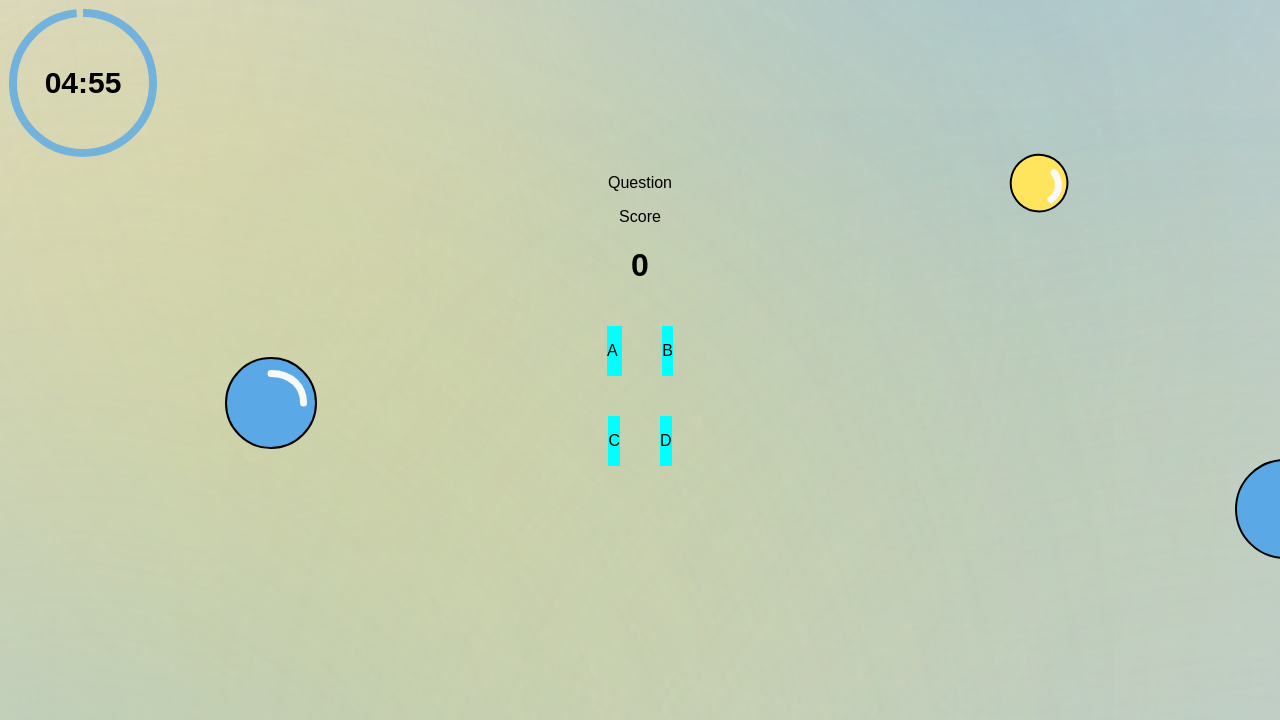
Repository: sierralaurent/SmartiePants
Page: quiz.html
An editor plug-in stored every save of this project. The page is shown before and after the next save, followed by the edit.
The browser window is 1280 px wide. The pictures show the whole page.
The page's requests for data from a server got no answer.

Above is the page before, as saved 2023-05-16 21:45:20.

### quiz.html
<!DOCTYPE html>
<html lang="en">
    <!--Actual Quiz page-->
  <head>
    <meta charset="UTF-8" />
    <meta name="viewport" content="width=device-width, initial-scale=1.0" />
    <meta http-equiv="X-UA-Compatible" content="ie=edge" />
    <title>SMARTIEPANTS | PLAY</title>
    <link rel="stylesheet" href="quiz.css" />
  </head>
<body>
  <div id="time">
    <div class="circle" style="--clr:#ff2972">
        <div class="dots"></div>
        <svg>
            <circle cx="70" cy="70" r="70" id="dd"></circle>
        </svg>
        <div id="timeLeft">00:00</div>
    </div>
</div>

<div class="container">
    <div id="loader"></div>
    <div id="game" >
      <div id="hud">
        <div id="hud-item">
          <p id="progressText">
            Question
          </p>
          <div id="progressBar">
            <div id="progressBarFull"></div>
          </div>
        </div>
        <div id="hud-item">
          <p>
            Score
          </p>
          <h1 id="score">
            0
          </h1>
        </div>
      </div>
      <h2 id="question"></h2>
      <div class="choice-a-b">
        <div class="choice-container">
          <p class="choice-prefix">A </p> &nbsp;
          <p class="choice-text" data-number="1"></p>
        </div>
        <div class="choice-container">
          <p class="choice-prefix">B </p>
          <p class="choice-text" data-number="2"></p>
        </div>
      </div>


<div class="choice-c-d">
  <div class="choice-container">
    <p class="choice-prefix">C </p>
    <p class="choice-text" data-number="3"></p>
  </div>
  <div class="choice-container">
    <p class="choice-prefix">D </p>
    <p class="choice-text" data-number="4"></p>
  </div>
</div>

    </div>
  </div>
  <script src="quiz.js"></script>
  <script src="timer.js"></script>
</body>
</html>

### quiz.css
body {
    background-image: url('./background.svg');
}

#time .circle svg{
    position: relative;
    width: 150px;
    height: 150px;
    transform: rotate(270deg);
    }

    #time .circle svg circle{
        fill: transparent;
        stroke-width: 8;
        stroke: rgba(90, 169, 230, 0.8);
        transform: translate(5px,5px);
        stroke-dasharray: 440;
    }

    #time .circle{
        position: relative;
        width: 150px;
        height: 150px;
        display: flex;
        justify-content: center;
        align-items: center;
    }

    #time div{
        position: absolute;
        text-align: center;
        font-family: Arial, Helvetica, sans-serif;
        font-weight: bold;
        font-size: 30px;
    }

    .container{
        display: flex;
        justify-content: center;
        text-align: center;
        font-family: Arial, Helvetica, sans-serif;
    }

.choice-container{
    display: flex;
    background-color: aqua;
    margin: 20px;
    justify-content: center;
    fon
}

.choice-a-b{
    display: flex;
     justify-content: center;
}

.choice-c-d{
    display: flex;
     justify-content: center;
}

### quiz.js
const question = document.getElementById('question');
const choices = Array.from(document.getElementsByClassName('choice-text'));
const progressText = document.getElementById('progressText');
const scoreText = document.getElementById('score');
const progressBarFull = document.getElementById('progressBarFull');
const loader = document.getElementById('loader');
const game = document.getElementById('game');
let currentQuestion = {};
let acceptingAnswers = false;
let score = 0;
let questionCounter = 0;
let availableQuesions = [];

let questions = [];

fetch(
    'https://opentdb.com/api.php?amount=10&difficulty=easy&type=multiple'
)
    .then((res) => {
        return res.json();
    })
    .then((loadedQuestions) => {
        questions = loadedQuestions.results.map((loadedQuestion) => {
            const formattedQuestion = {
                question: loadedQuestion.question,
            };

            const answerChoices = [...loadedQuestion.incorrect_answers];
            formattedQuestion.answer = Math.floor(Math.random() * 4) + 1;
            answerChoices.splice(
                formattedQuestion.answer - 1,
                0,
                loadedQuestion.correct_answer
            );

            answerChoices.forEach((choice, index) => {
                formattedQuestion['choice' + (index + 1)] = choice;
            });

            return formattedQuestion;
        });

        startGame();
    })
    .catch((err) => {
        console.error(err);
    });

//CONSTANTS
const CORRECT_BONUS = 10;
const MAX_QUESTIONS = 10;

startGame = () => {
    questionCounter = 0;
    score = 0;
    availableQuesions = [...questions];
    getNewQuestion();
    game.classList.remove('hidden');
    loader.classList.add('hidden');
};

getNewQuestion = () => {
    if (availableQuesions.length === 0 || questionCounter >= MAX_QUESTIONS) {
        localStorage.setItem('mostRecentScore', score);
        //go to the end page
        return window.location.assign('/end.html');
    }
    questionCounter++;
    progressText.innerText = `Question ${questionCounter}/${MAX_QUESTIONS}`;
    //Update the progress bar
    progressBarFull.style.width = `${(questionCounter / MAX_QUESTIONS) * 100}%`;

    const questionIndex = Math.floor(Math.random() * availableQuesions.length);
    currentQuestion = availableQuesions[questionIndex];
    question.innerHTML = currentQuestion.question;

    choices.forEach((choice) => {
        const number = choice.dataset['number'];
        choice.innerHTML = currentQuestion['choice' + number];
    });

    availableQuesions.splice(questionIndex, 1);
    acceptingAnswers = true;
};

choices.forEach((choice) => {
    choice.addEventListener('click', (e) => {
        if (!acceptingAnswers) return;

        acceptingAnswers = false;
        const selectedChoice = e.target;
        const selectedAnswer = selectedChoice.dataset['number'];

        const classToApply =
            selectedAnswer == currentQuestion.answer ? 'correct' : 'incorrect';

        if (classToApply === 'correct') {
            incrementScore(CORRECT_BONUS);
        }

        selectedChoice.parentElement.classList.add(classToApply);

        setTimeout(() => {
            selectedChoice.parentElement.classList.remove(classToApply);
            getNewQuestion();
        }, 1000);
    });
});

incrementScore = (num) => {
    score += num;
    scoreText.innerText = score;
};

### timer.js

        let timeLeft = document.getElementById("timeLeft");
        let countdownCircle = document.getElementById('dd');
        let dots = document.querySelector('.dots');
        let endTime = new Date();
        endTime.setMinutes(endTime.getMinutes() + 5);

        let x = setInterval(function(){
            let now = new Date().getTime();
            let distance = endTime - now;


            let minutes = Math.floor((distance % (1000 * 60 * 60)) / (1000 * 60));
            let seconds = Math.floor((distance % (1000 * 60)) / 1000);


            timeLeft.innerHTML = minutes.toString().padStart(2, '0') + ":" +
                                  seconds.toString().padStart(2, '0');


            let radius = (distance / (endTime - now)) * 70;
            countdownCircle.setAttribute('r', radius);

            if (distance <= 0) {
                clearInterval(x);
                timeLeft.innerHTML = "00:00";
                showAlert();

            }

            dd.style.strokeDashoffset = 440 - (440 * (distance / (5 * 60 * 1000)));

        }, 1000);
        function showAlert(){
            alert("time is over");
        }

After the next save:
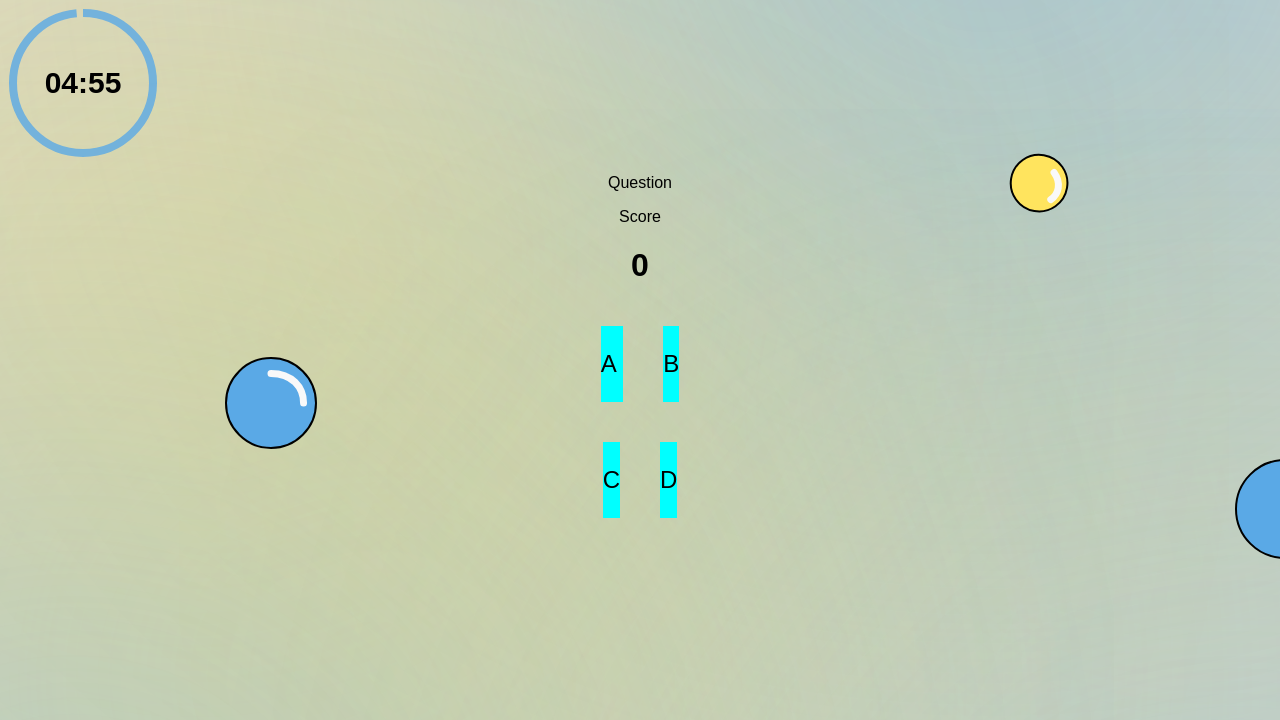
Saved 4 s later.
--- a/quiz.css
+++ b/quiz.css
@@ -46,7 +46,7 @@ body {
     background-color: aqua;
     margin: 20px;
     justify-content: center;
-    fon
+    font-size: 24px;
 }
 
 .choice-a-b{
